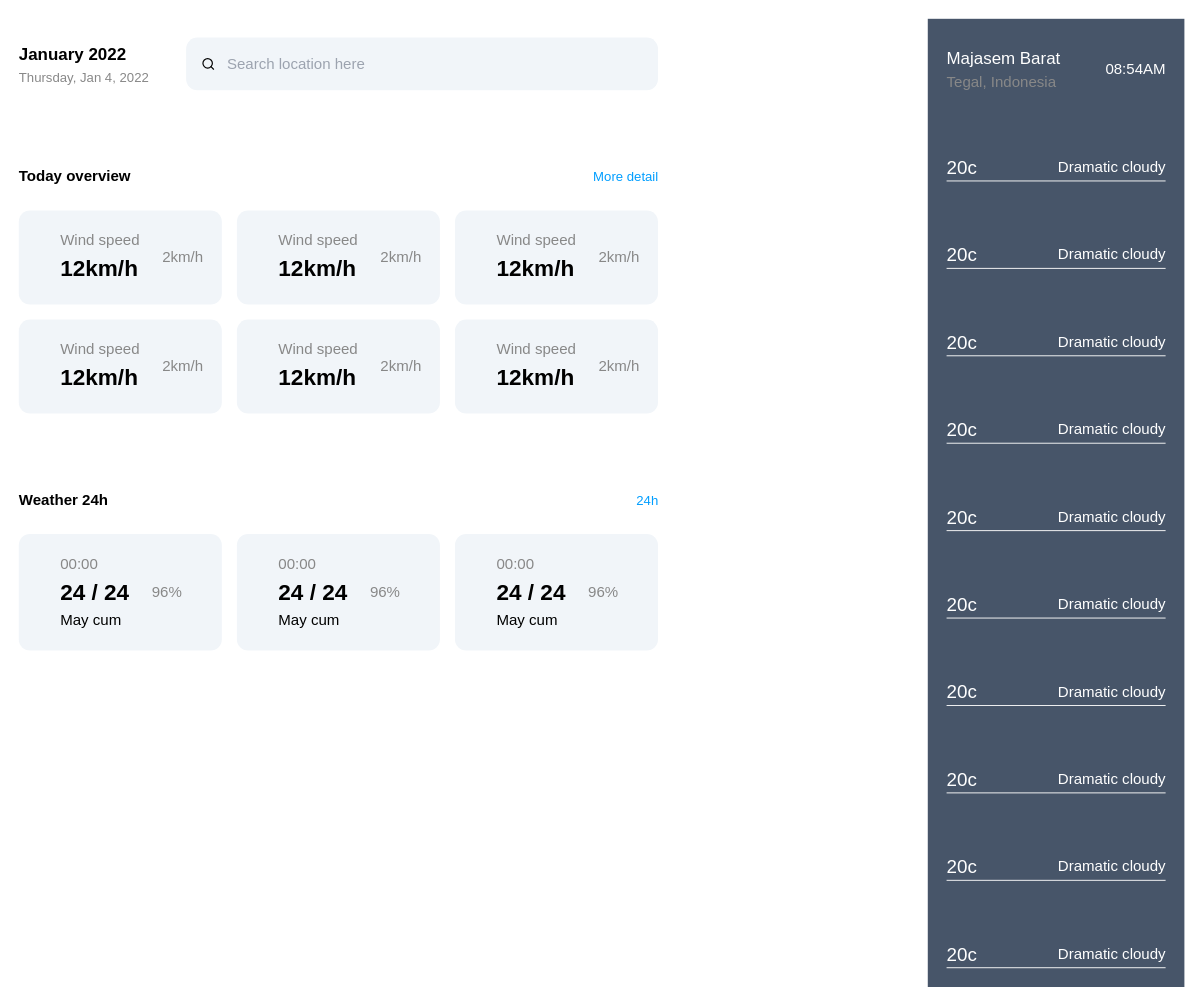
Repository: theweirdboiz/datawarehouse-ui
Page: /
These files come from the project's save history. The page is drawn as it stood at one moment and after the next save; the edit follows.
The browser window is 1280 px wide. The pictures show the whole page, at 94% of full size.
The project was rebuilt for these pictures with package versions that can differ from the ones it lists, and the page was loaded fresh each time. Also part of the build but not shown: vite.config.js.

Above is the page before, as saved 2022-11-23 19:24:02.

After the next save:
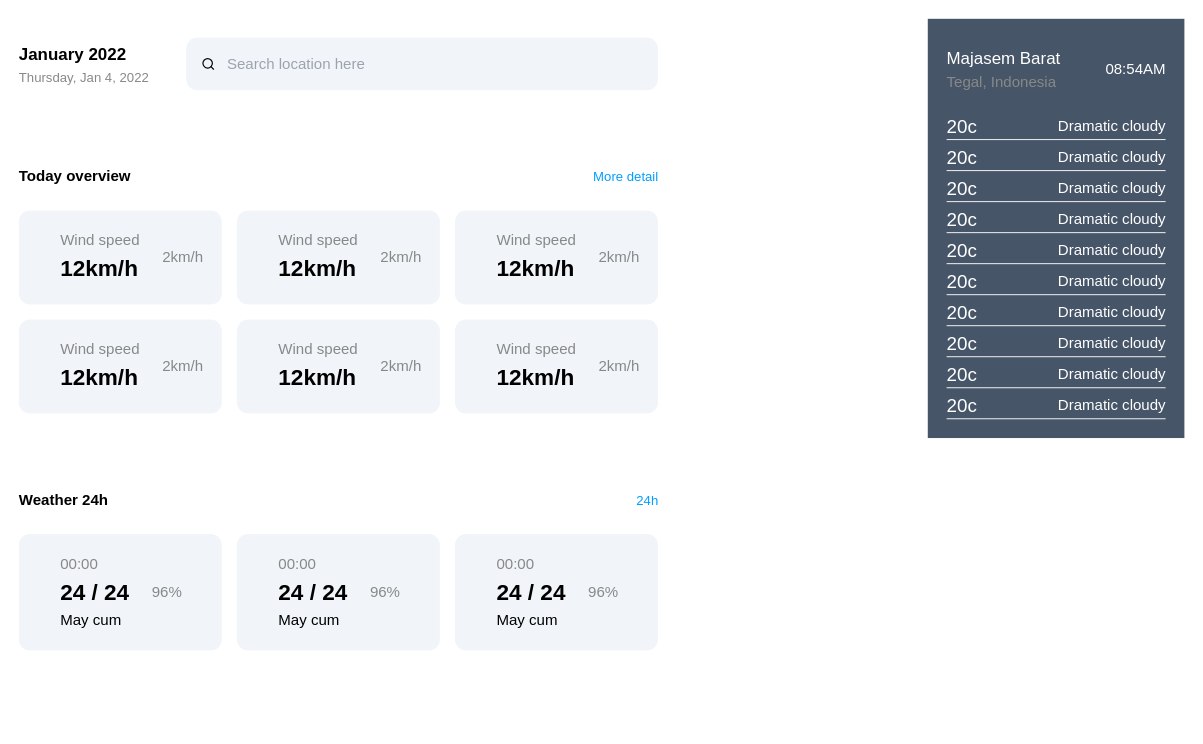
Saved 39 s later.
--- a/src/App.jsx
+++ b/src/App.jsx
@@ -140,61 +140,61 @@ function App() {
               </div>
               <h4>08:54AM</h4>
             </div>
-            <div className="mt-16 flex justify-between items-center border-b-[1px] border-[#f8f8f8]">
-              <div className="">
-                <h2 className="text-xl">20c</h2>
-              </div>
-              <h3>Dramatic cloudy</h3>
-            </div>
-            <div className="mt-16 flex justify-between items-center border-b-[1px] border-[#f8f8f8]">
-              <div className="">
-                <h2 className="text-xl">20c</h2>
-              </div>
-              <h3>Dramatic cloudy</h3>
-            </div>
-            <div className="mt-16 flex justify-between items-center border-b-[1px] border-[#f8f8f8]">
-              <div className="">
-                <h2 className="text-xl">20c</h2>
-              </div>
-              <h3>Dramatic cloudy</h3>
-            </div>
-            <div className="mt-16 flex justify-between items-center border-b-[1px] border-[#f8f8f8]">
-              <div className="">
-                <h2 className="text-xl">20c</h2>
-              </div>
-              <h3>Dramatic cloudy</h3>
-            </div>
-            <div className="mt-16 flex justify-between items-center border-b-[1px] border-[#f8f8f8]">
-              <div className="">
-                <h2 className="text-xl">20c</h2>
-              </div>
-              <h3>Dramatic cloudy</h3>
-            </div>
-            <div className="mt-16 flex justify-between items-center border-b-[1px] border-[#f8f8f8]">
-              <div className="">
-                <h2 className="text-xl">20c</h2>
-              </div>
-              <h3>Dramatic cloudy</h3>
-            </div>
-            <div className="mt-16 flex justify-between items-center border-b-[1px] border-[#f8f8f8]">
-              <div className="">
-                <h2 className="text-xl">20c</h2>
-              </div>
-              <h3>Dramatic cloudy</h3>
-            </div>
-            <div className="mt-16 flex justify-between items-center border-b-[1px] border-[#f8f8f8]">
-              <div className="">
-                <h2 className="text-xl">20c</h2>
-              </div>
-              <h3>Dramatic cloudy</h3>
-            </div>
-            <div className="mt-16 flex justify-between items-center border-b-[1px] border-[#f8f8f8]">
-              <div className="">
-                <h2 className="text-xl">20c</h2>
-              </div>
-              <h3>Dramatic cloudy</h3>
-            </div>
-            <div className="mt-16 flex justify-between items-center border-b-[1px] border-[#f8f8f8]">
+            <div className="mt-1 flex justify-between items-center border-b-[1px] border-[#f8f8f8]">
+              <div className="">
+                <h2 className="text-xl">20c</h2>
+              </div>
+              <h3>Dramatic cloudy</h3>
+            </div>
+            <div className="mt-1 flex justify-between items-center border-b-[1px] border-[#f8f8f8]">
+              <div className="">
+                <h2 className="text-xl">20c</h2>
+              </div>
+              <h3>Dramatic cloudy</h3>
+            </div>
+            <div className="mt-1 flex justify-between items-center border-b-[1px] border-[#f8f8f8]">
+              <div className="">
+                <h2 className="text-xl">20c</h2>
+              </div>
+              <h3>Dramatic cloudy</h3>
+            </div>
+            <div className="mt-1 flex justify-between items-center border-b-[1px] border-[#f8f8f8]">
+              <div className="">
+                <h2 className="text-xl">20c</h2>
+              </div>
+              <h3>Dramatic cloudy</h3>
+            </div>
+            <div className="mt-1 flex justify-between items-center border-b-[1px] border-[#f8f8f8]">
+              <div className="">
+                <h2 className="text-xl">20c</h2>
+              </div>
+              <h3>Dramatic cloudy</h3>
+            </div>
+            <div className="mt-1 flex justify-between items-center border-b-[1px] border-[#f8f8f8]">
+              <div className="">
+                <h2 className="text-xl">20c</h2>
+              </div>
+              <h3>Dramatic cloudy</h3>
+            </div>
+            <div className="mt-1 flex justify-between items-center border-b-[1px] border-[#f8f8f8]">
+              <div className="">
+                <h2 className="text-xl">20c</h2>
+              </div>
+              <h3>Dramatic cloudy</h3>
+            </div>
+            <div className="mt-1 flex justify-between items-center border-b-[1px] border-[#f8f8f8]">
+              <div className="">
+                <h2 className="text-xl">20c</h2>
+              </div>
+              <h3>Dramatic cloudy</h3>
+            </div>
+            <div className="mt-1 flex justify-between items-center border-b-[1px] border-[#f8f8f8]">
+              <div className="">
+                <h2 className="text-xl">20c</h2>
+              </div>
+              <h3>Dramatic cloudy</h3>
+            </div>
+            <div className="mt-1 flex justify-between items-center border-b-[1px] border-[#f8f8f8]">
               <div className="">
                 <h2 className="text-xl">20c</h2>
               </div>
